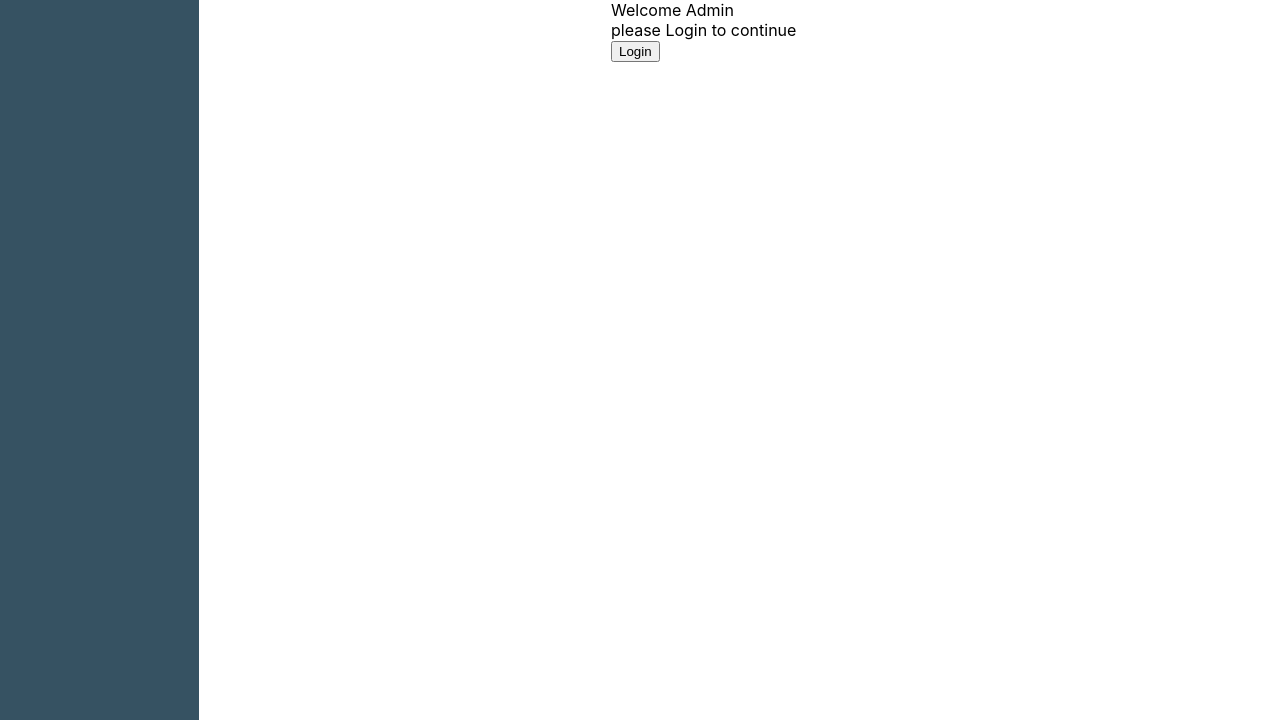
Repository: tatvanhco/shopee-admin
Page: /login
The author's editor kept a copy of each file at every save. The page is drawn from the files as they stood at one save, then again after a run of saves.
The browser window is 1280 px wide. The pictures show the whole page.
The project was rebuilt for these pictures with package versions that can differ from the ones it lists, and the page was loaded fresh each time. Also part of the build but not shown: src/components/common/NotFound.tsx, src/components/common/PrivateRoute.tsx, src/components/layout/Innercontext.tsx, src/components/layout/dashboard.tsx, src/components/layout/productManager.tsx, src/components/layout/ManageOrders.tsx, src/components/layout/catalogManager.tsx, src/components/layout/customerManager.tsx and 5 more.

Above is the page before, as saved 2022-09-28 17:18:49.

After the next 3 saves:
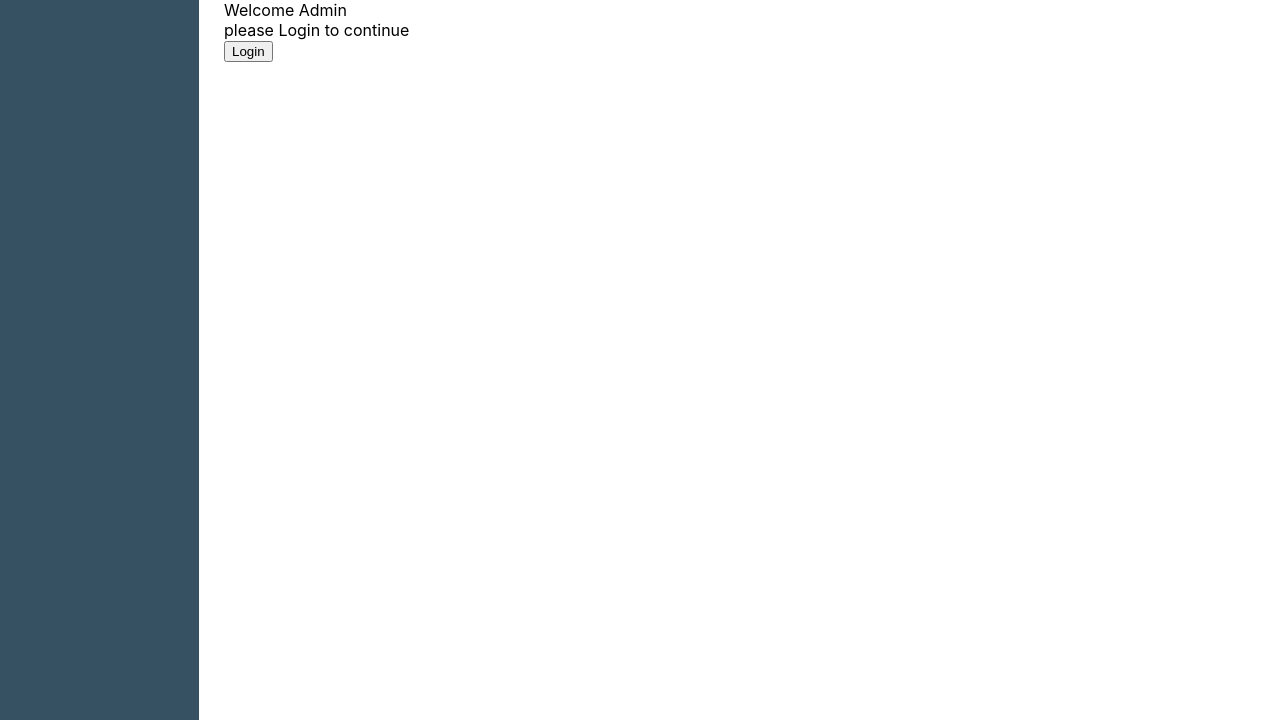
The 3 saves are shown as one change because 1 did not build or start and some came seconds apart.
The last was saved 10 s later.
--- a/src/features/auth/pages/pages.module.scss
+++ b/src/features/auth/pages/pages.module.scss
@@ -1,6 +1,6 @@
 .Login_from {
     width: 250px;
     height: 400px;
-    margin: 0 auto;
-    justify-content: center;
+    position: absolute;
+
 }
